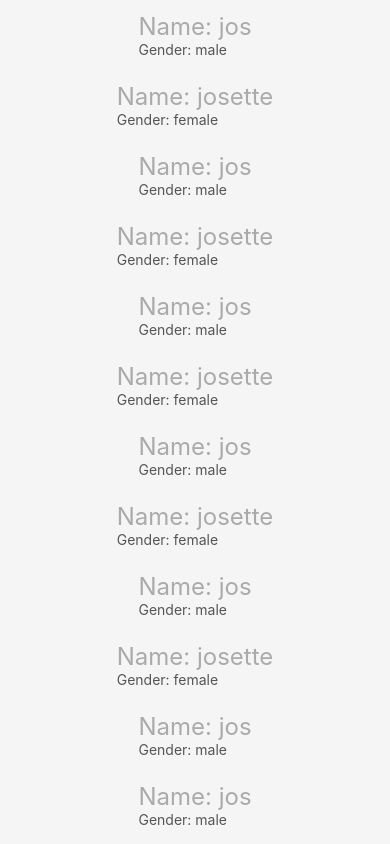
Repository: kfrancois/Bachelorproef-Apps
Screen: / (app in React Native/ListApp/.vscode/)
An editor plug-in stored every save of this project. The screen is shown before and after the next save, followed by the edit.
An inner scrolling area shows only its first screen. The app was drawn by React Native's web renderer in a window 390 px wide. The project was rebuilt for these pictures with package versions that can differ from the ones it lists, and the page was loaded fresh each time.

Above is the screen before, as saved 2018-04-23 15:00:38.

### React Native/ListApp/.vscode/App.js
import React, { Component } from 'react';
import MyListView from './src/listView';

// type Props = {};
export default class App extends Component {
  render() {
    return <MyListView />;
  }
}

### React Native/ListApp/.vscode/src/listView.js
import React, { Component } from 'react';
import { View, FlatList, Text, SafeAreaView, StyleSheet } from 'react-native';
import items from './items';
import Row from './row';

export default class MyListView extends Component {
  render() {
    return (
      <SafeAreaView style={{ flex: 1, backgroundColor: 'whitesmoke' }}>
        <FlatList
          style={styles.idk}
          contentContainerStyle={styles.container}
          data={items}
          renderItem={data => {
            return <Row item={data.item} />;
          }}
        />
      </SafeAreaView>
    );
  }
}

const styles = StyleSheet.create({
  idk: {
    flex: 1,
    backgroundColor: 'whitesmoke'
  },
  container: {
    justifyContent: 'center',
    alignItems: 'center'
  },
  item: {
    padding: 10,
    fontSize: 18,
    height: 44
  }
});

### React Native/ListApp/.vscode/src/items.js
const items = [
  { key: '0', name: 'jos', gender: 'male' },
  { key: '1', name: 'josette', gender: 'female' },
  { key: '2', name: 'jos', gender: 'male' },
  { key: '3', name: 'josette', gender: 'female' },
  { key: '4', name: 'jos', gender: 'male' },
  { key: '5', name: 'josette', gender: 'female' },
  { key: '6', name: 'jos', gender: 'male' },
  { key: '7', name: 'josette', gender: 'female' },
  { key: '8', name: 'jos', gender: 'male' },
  { key: '9', name: 'josette', gender: 'female' },
  { key: '10', name: 'jos', gender: 'male' },
  { key: '11', name: 'jos', gender: 'male' },
  { key: '12', name: 'josette', gender: 'female' },
  { key: '13', name: 'jos', gender: 'male' },
  { key: '14', name: 'josette', gender: 'female' },
  { key: '15', name: 'jos', gender: 'male' },
  { key: '16', name: 'josette', gender: 'female' },
  { key: '17', name: 'jos', gender: 'male' },
  { key: '18', name: 'josette', gender: 'female' },
  { key: '19', name: 'jos', gender: 'male' },
  { key: '20', name: 'josette', gender: 'female' },
  { key: '21', name: 'jos', gender: 'male' },
  { key: '22', name: 'josette', gender: 'female' },
  { key: '23', name: 'jos', gender: 'male' },
  { key: '24', name: 'josette', gender: 'female' },
  { key: '25', name: 'jos', gender: 'male' },
  { key: '26', name: 'josette', gender: 'female' },
  { key: '27', name: 'jos', gender: 'male' },
  { key: '28', name: 'josette', gender: 'female' },
  { key: '29', name: 'jos', gender: 'male' },
  { key: '30', name: 'josette', gender: 'female' },
  { key: '31', name: 'jos', gender: 'male' },
  { key: '32', name: 'josette', gender: 'female' },
  { key: '33', name: 'jos', gender: 'male' },
  { key: '34', name: 'josette', gender: 'female' },
  { key: '35', name: 'jos', gender: 'male' },
  { key: '36', name: 'josette', gender: 'female' },
  { key: '37', name: 'jos', gender: 'male' },
  { key: '38', name: 'josette', gender: 'female' },
  { key: '39', name: 'jos', gender: 'male' },
  { key: '40', name: 'josette', gender: 'female' },
  { key: '41', name: 'jos', gender: 'male' },
  { key: '42', name: 'josette', gender: 'female' },
];

export default items;

### React Native/ListApp/.vscode/src/row.js
import React from 'react';
import { View, Text, StyleSheet } from 'react-native';

const styles = StyleSheet.create({
  container: {
    padding: 12,
    flexDirection: 'column'
  },
  rowText: {
    fontSize: 14,
    color: '#555'
  },
  rowHeading: {
    fontSize: 24,
    color: '#aaa'
  }
});

const Row = props => {
  const item = props.item;
  const { name, gender } = item;
  return (
    <View style={styles.container}>
      <Text style={styles.rowHeading}>Name: {name}</Text>
      <Text style={styles.rowText}>Gender: {gender}</Text>
    </View>
  );
};

export default Row;

After the next save:
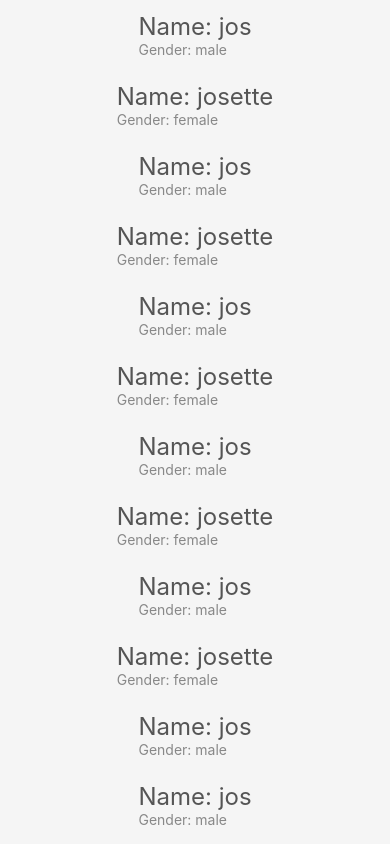
Saved 11 s later.
--- a/React Native/ListApp/.vscode/src/row.js
+++ b/React Native/ListApp/.vscode/src/row.js
@@ -6,13 +6,13 @@ const styles = StyleSheet.create({
     padding: 12,
     flexDirection: 'column'
   },
+  rowHeading: {
+    fontSize: 24,
+    color: '#555'
+  },
   rowText: {
     fontSize: 14,
-    color: '#555'
-  },
-  rowHeading: {
-    fontSize: 24,
-    color: '#aaa'
+    color: '#888'
   }
 });
 
